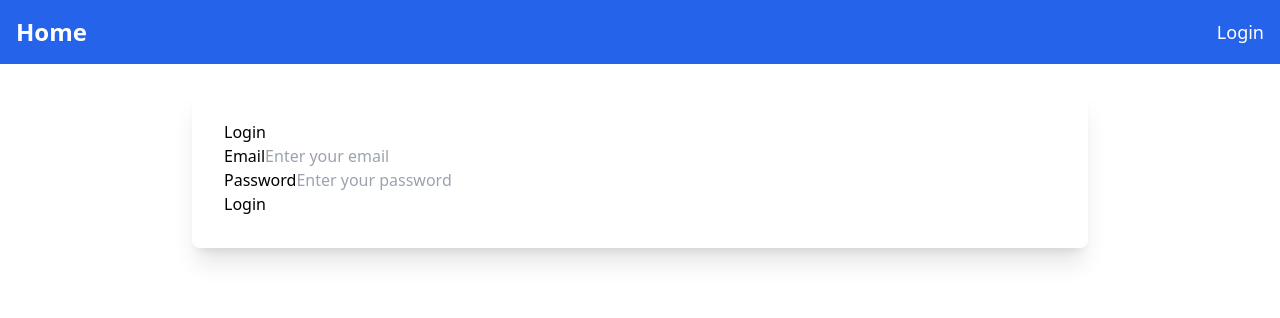
Repository: Ademaulana100499/learnReact
Page: /login
The author's editor kept a copy of each file at every save. The page is drawn from the files as they stood at one save, then again after the next save.
The browser window is 1280 px wide. The pictures show the whole page.
The project was rebuilt for these pictures with package versions that can differ from the ones it lists, and the page was loaded fresh each time. Also part of the build but not shown: vite.config.js, src/components/Navbar/index.jsx, src/pages/HomePage/index.jsx, src/pages/DetailPage/index.jsx.

Above is the page before, as saved 2024-12-15 09:40:05.

After the next save:
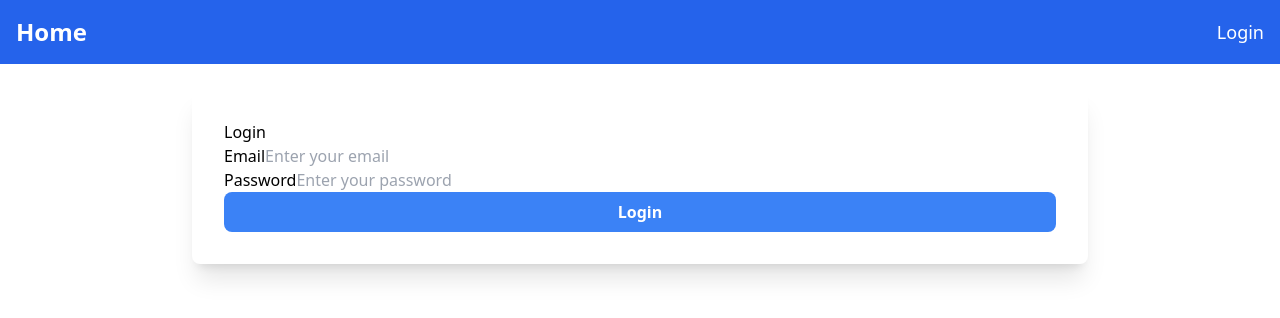
Saved 101 s later.
--- a/src/pages/LoginPage/index.jsx
+++ b/src/pages/LoginPage/index.jsx
@@ -5,7 +5,7 @@
     <div>
       <Navbar />
       <div className="max-w-4xl p-8 mx-auto mt-6 bg-white rounded-lg shadow-xl">
-        <h1>Login</h1>
+        <h1 className="">Login</h1>
         <form>
           <div>
             <label htmlFor="email">Email</label>
@@ -27,7 +27,12 @@
               required
             />
           </div>
-          <button type="submit">Login</button>
+          <button
+            className="w-full px-6 py-2 font-semibold text-white transition-colors bg-blue-500 rounded-lg hover:bg-blue-600"
+            type="submit"
+          >
+            Login
+          </button>
         </form>
       </div>
     </div>
